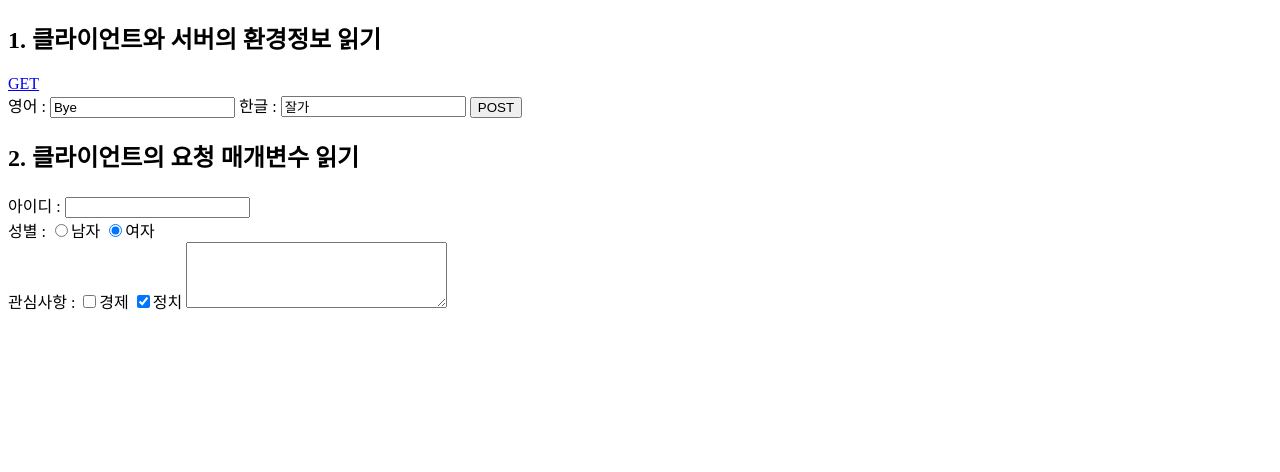
Repository: kimjaewoo2233/JSP_Summary
Page: http://localhost/lec_test/02ImplicitObject/RequestMain.jsp
These files come from the project's save history. The page is drawn as it stood at one moment and after the next save; the edit follows.
The browser window is 1280 px wide. The pictures show the whole page.
The page is served by Tomcat 9. Other server files are loaded and not shown.

Above is the page before, as saved 2022-03-02 14:39:36.

### lec_test/src/main/webapp/02ImplicitObject/RequestMain.jsp
<%@ page language="java" contentType="text/html; charset=EUC-KR"
    pageEncoding="EUC-KR"%>
<!DOCTYPE html>
<html>
<head>
<meta charset="EUC-KR">
<title>내장객체 - Request</title>
</head>
<body>
	<h2>1. 클라이언트와 서버의 환경정보 읽기</h2>
	<a href="./RequestWebInfo.jsp?eng=Hello&han=안녕">
		GET
	</a>
	<br/>
	<form action="RequestWebInfo.jsp" method="post">
			영어 : <input type="text" name="eng" value="Bye"/>
			한글 : <input type="text" name="kor" value="잘가"/>
			<input type="submit" value="POST"/>
	</form>

	<h2>2. 클라이언트의 요청 매개변수 읽기</h2>
		<form method="post" action="RequestParameter.jsp">
			아이디 : <input type="text" name="id" value="" /><br/>
			성별 :
			<input type="radio" name="sex" value="man"/>남자
			<input type="radio" name="sex" value="woman" checked="checked"/>여자
			<br/>
			관심사항 :
			<input type="checkbox" name="favo" value="eco"/>경제
			<input type="checkbox" name="favo" value="pol" checked="checked"/>정치
			<textarea name="intro" cols="30" rows="4"></textarea>
		</form>
</body>
</html>

After the next save:
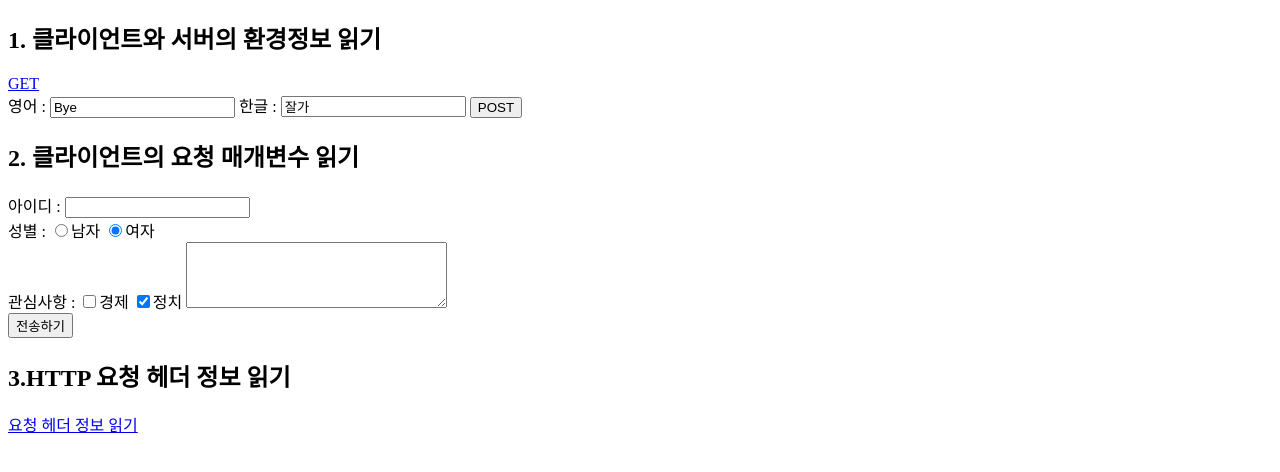
Saved 2 min 48 s later.
--- a/lec_test/src/main/webapp/02ImplicitObject/RequestMain.jsp
+++ b/lec_test/src/main/webapp/02ImplicitObject/RequestMain.jsp
@@ -29,6 +29,15 @@
 			<input type="checkbox" name="favo" value="eco"/>경제
 			<input type="checkbox" name="favo" value="pol" checked="checked"/>정치
 			<textarea name="intro" cols="30" rows="4"></textarea>
+			<br/>
+			<input type="submit" value="전송하기"/>
 		</form>
+
+		<h2>3.HTTP 요청 헤더 정보 읽기</h2>
+		<a href="RequestHeader.jsp">
+			요청 헤더 정보 읽기
+		</a>
+
+
 </body>
 </html>
